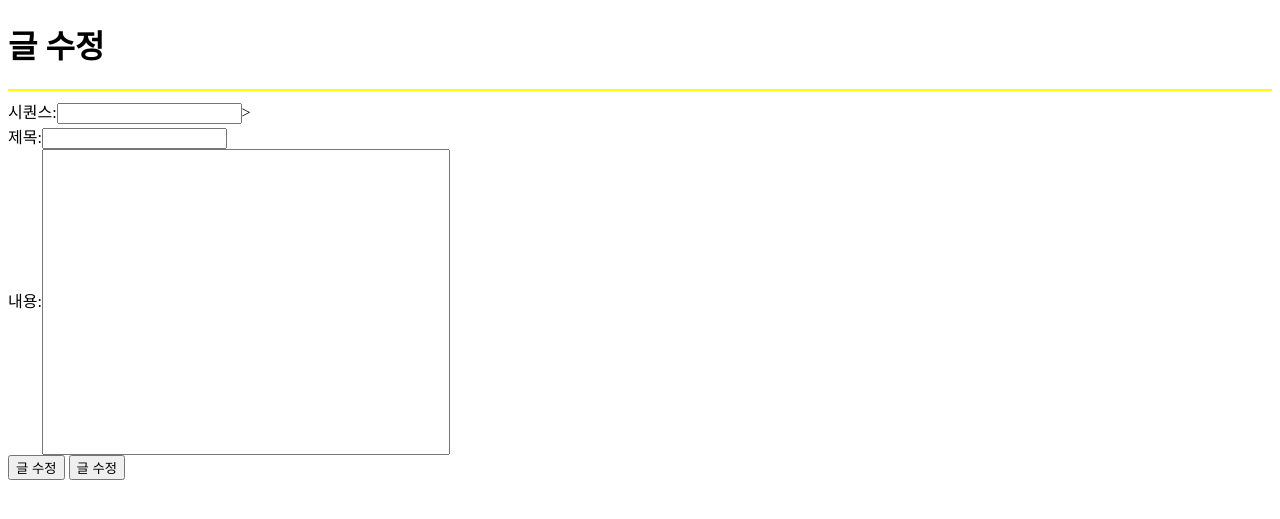
Repository: Yusubin/workEx
Page: spring00/build/classes/web/modifyForm.html
These files come from the project's save history. The page is drawn as it stood at one moment and after the next save; the edit follows.
The browser window is 1280 px wide. The pictures show the whole page.

Above is the page before, as saved 2022-02-15 01:59:59.

### spring00/build/classes/web/modifyForm.html
<!DOCTYPE html>
<html>
<head>
<meta charset="UTF-8">
<title>Insert title here</title>
</head>
<body>

	<h1>글 수정</h1>
	<hr color="yellow">
	<form action="update.jsp">
	시퀀스:<input type="text" name="idx">><br>
	제목:<input type="text" name="title"><br>
	내용:<input type="text" name="content" style="width:400px; height:300px"><br>
	<button>글 수정</button>
	<button>글 수정</button>
	</form>

</body>
</html>

After the next save:
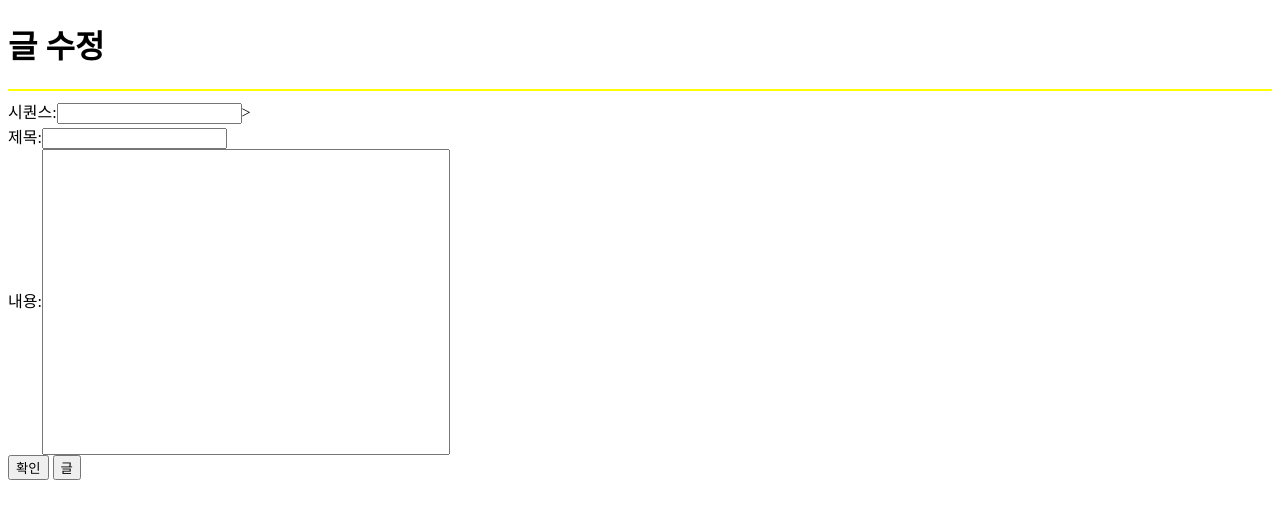
Saved 19 s later.
--- a/spring00/build/classes/web/modifyForm.html
+++ b/spring00/build/classes/web/modifyForm.html
@@ -12,8 +12,8 @@
 	시퀀스:<input type="text" name="idx">><br>
 	제목:<input type="text" name="title"><br>
 	내용:<input type="text" name="content" style="width:400px; height:300px"><br>
-	<button>글 수정</button>
-	<button>글 수정</button>
+	<button>확인</button>
+	<button>글 </button>
 	</form>
 
 </body>
